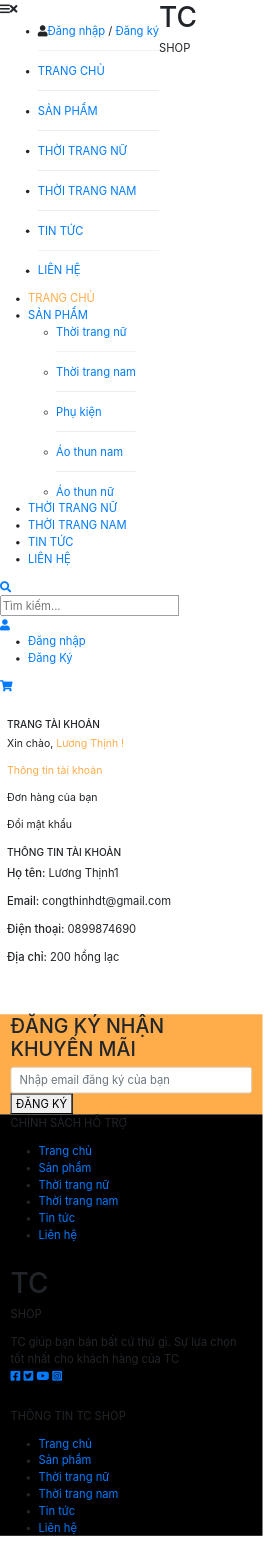
Repository: congthinh1701/TCshop
Page: ThongTinTaiKhoan.html
The author's editor kept a copy of each file at every save. The page is drawn from the files as they stood at one save, then again after the next save.
The browser window is 375 px wide. The page is 385 px wide, so the pictures cover 385 px, including what lies to the right of the window. The pictures show the whole page, at 70% of full size.
The style sheet was rebuilt from its Sass, Less or Tailwind sources for each picture, by a compiler version that may differ from the author's.

Above is the page before, as saved 2021-09-08 17:51:11.

After the next save:
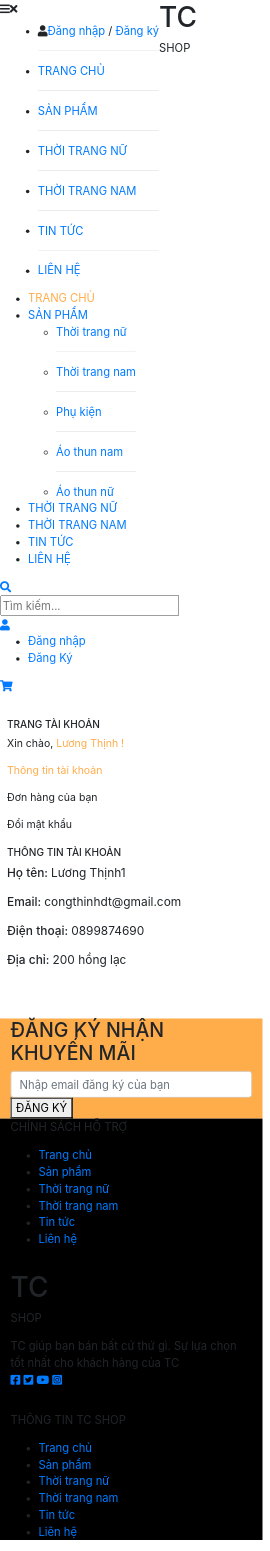
Saved 102 s later.
--- a/sass/style.scss
+++ b/sass/style.scss
@@ -41,7 +41,7 @@ $fontWeight:500;
                 font-size: 90%;
             }
             p{
-                font-size: 16px;
+                font-size: 17px;
             }
         }
 
